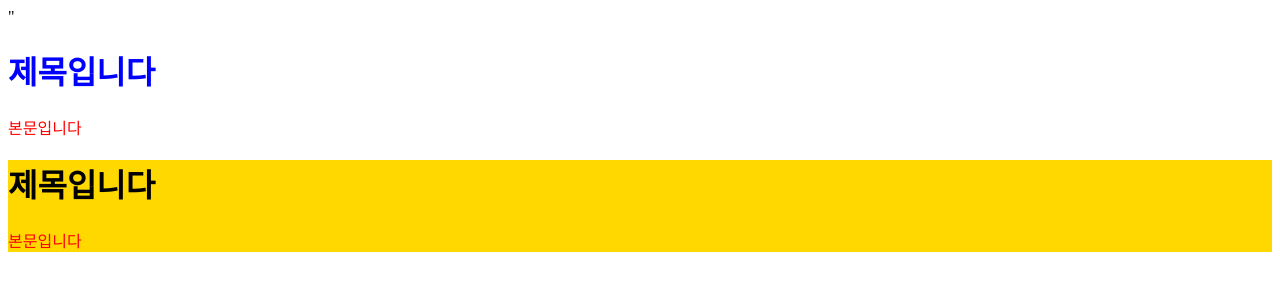
Repository: luna2222/web
Page: 01HTML5/WebContent/[7강]CSS3선택자1/07_01.html
An editor plug-in stored every save of this project. The page is shown before and after the next save, followed by the edit.
The browser window is 1280 px wide. The pictures show the whole page.

Above is the page before, as saved 2019-02-19 10:03:40.

### 01HTML5/WebContent/[7강]CSS3선택자1/07_01.html
<!DOCTYPE html>
<html>
<head>
	<meta charset="UTF-8">
	<title>Insert title here</title>"
	<link href="firstcss.css" type="text/css" rel="stylesheet">
	<style>
	div
	{
		background:#ffd800;
	}
	</style>
</head>
<body>
	<h1 style="color:#0000ff">제목입니다</h1>
	<p>본문입니다</p>
	<div>
		<h1>제목입니다</h1>
		<p>본문입니다</p>
	</div>

</body>
</html>

### 01HTML5/WebContent/[7강]CSS3선택자1/firstcss.css
p{
color:red;
}

After the next save:
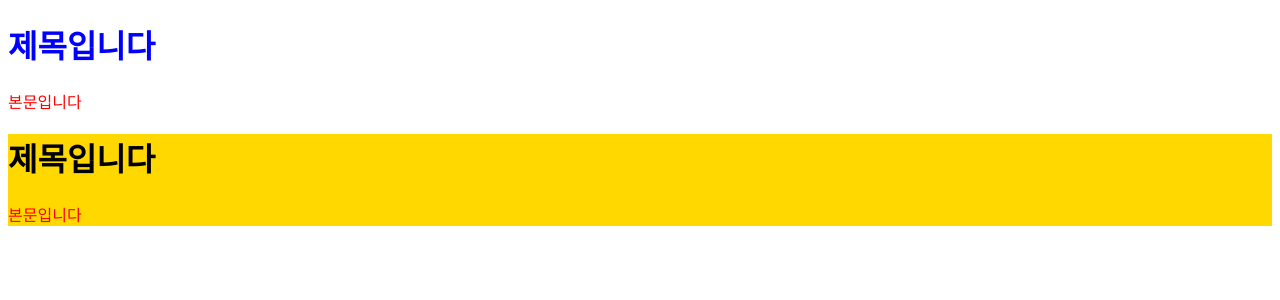
Saved 6 min 52 s later.
--- a/01HTML5/WebContent/[7강]CSS3선택자1/07_01.html
+++ b/01HTML5/WebContent/[7강]CSS3선택자1/07_01.html
@@ -2,7 +2,7 @@
 <html>
 <head>
 	<meta charset="UTF-8">
-	<title>Insert title here</title>"
+	<title>Insert title here</title>
 	<link href="firstcss.css" type="text/css" rel="stylesheet">
 	<style>
 	div
@@ -12,8 +12,8 @@
 	</style>
 </head>
 <body>
-	<h1 style="color:#0000ff">제목입니다</h1>
-	<p>본문입니다</p>
+		<h1 style="color:#0000ff">제목입니다</h1>
+		<p>본문입니다</p>
 	<div>
 		<h1>제목입니다</h1>
 		<p>본문입니다</p>
